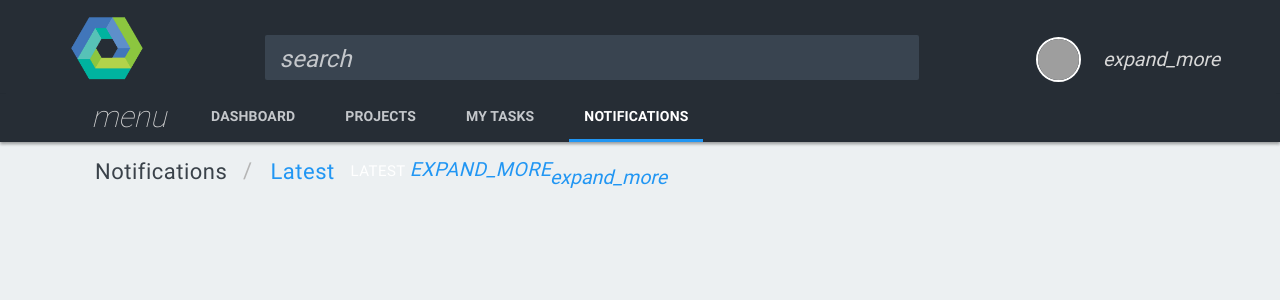
Repository: RenanChagas/ProjectManagement
Page: http://localhost/finalproject/WEB-INF/views/notifications.jsp
The author's editor kept a copy of each file at every save. The page is drawn from the files as they stood at one save, then again after the next save.
The browser window is 1280 px wide. The pictures show the whole page.
Pictures or frames that could not be fetched are drawn as grey boxes. The page is served by Tomcat 9. Nobody is signed in. The template is opened directly, without the code that normally fills it, so the values that code supplies are empty.

Above is the page before, as saved 2017-11-18 23:39:21.

After the next save:
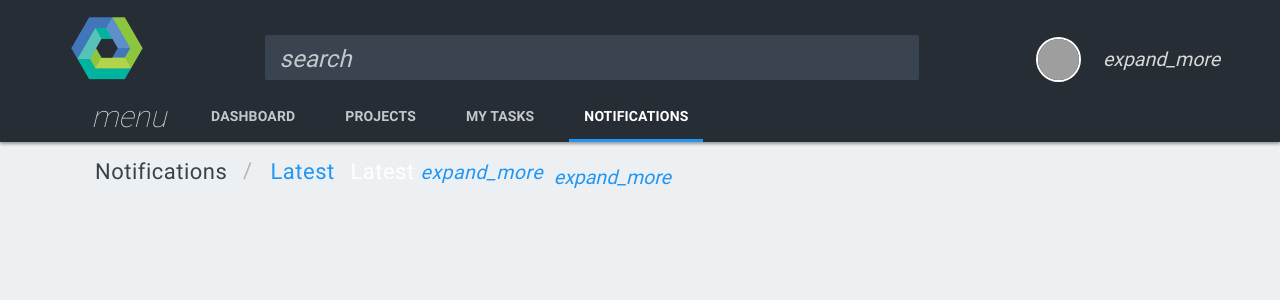
Saved 3 min 56 s later.
--- a/finalproject/src/main/webapp/WEB-INF/views/notifications.jsp
+++ b/finalproject/src/main/webapp/WEB-INF/views/notifications.jsp
@@ -169,7 +169,7 @@
 
 
      	<!-- Dropdown Trigger -->
-		  <a class='dropdown-button btn MDC-btn-dropdown-sort' href='#' data-activates='dropdown1'>Latest
+		  <a class='dropdown-button btn MDC-btn-dropdown-sort MDC-h5-style' href='#' data-activates='dropdown1'>Latest
 		  	<i class="material-icons MDC-icon-small MDC-color-blue">expand_more</i>
 		  </a>
 
